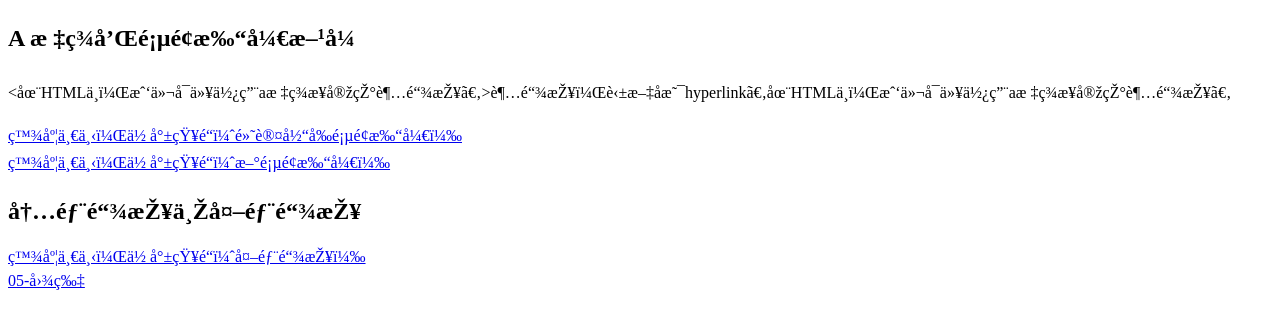
Repository: liang-n/front-end-basics
Page: 08-超链接.html
The author's editor kept a copy of each file at every save. The page is drawn from the files as they stood at one save, then again after a run of saves.
The browser window is 1280 px wide. The pictures show the whole page.

Above is the page before, as saved 2022-05-15 13:19:00.

After the next 2 saves:
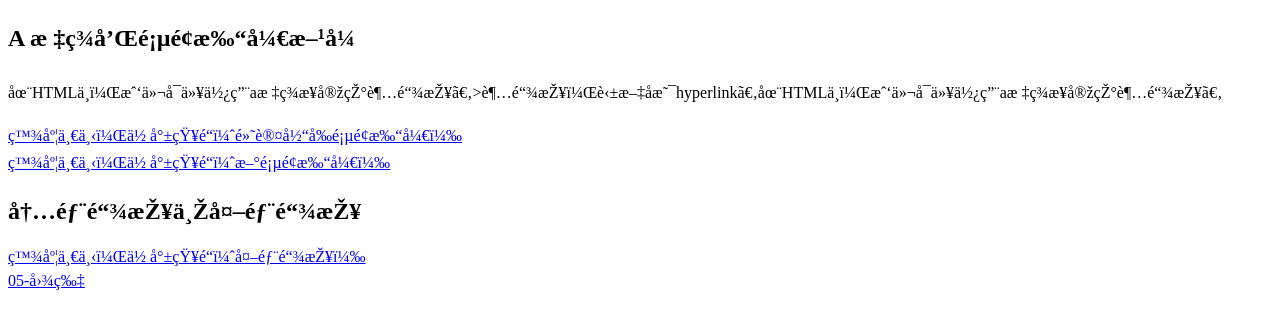
The 2 saves are shown as one change because they came seconds apart.
The last was saved 7 s later.
--- a/08-超链接.html
+++ b/08-超链接.html
@@ -9,10 +9,10 @@
 <body>
     <div>
         <h2>A 标签和页面打开方式</h2>
-        <在HTML中，我们可以使用a标签来实现超链接。>超链接，英文名是hyperlink。在HTML中，我们可以使用a标签来实现超链接。</p>
-            <a href="https://www.baidu.coom/">百度一下，你就知道（默认当前页面打开）</a>
-            <br>
-            <a href="https://www.baidu.coom/" target="_blank">百度一下，你就知道（新页面打开）</a>
+        <p>在HTML中，我们可以使用a标签来实现超链接。>超链接，英文名是hyperlink。在HTML中，我们可以使用a标签来实现超链接。</p>
+        <a href="https://www.baidu.coom/">百度一下，你就知道（默认当前页面打开）</a>
+        <br>
+        <a href="https://www.baidu.coom/" target="_blank">百度一下，你就知道（新页面打开）</a>
     </div>
     <h2>内部链接与外部链接</h2>
     <a href="http://www.baidu.com/" target="_blank">百度一下，你就知道（外部链接）</a>
